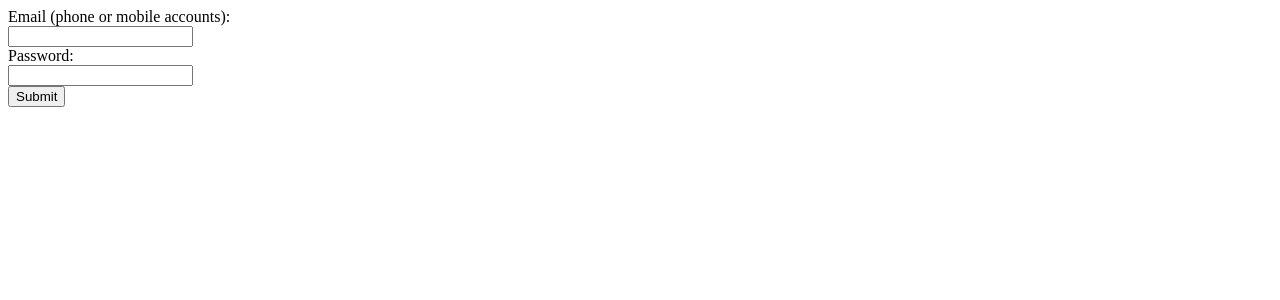
Repository: brittmarie333/replica
Page: index.html
These files come from the project's save history. The page is drawn as it stood at one moment and after a run of saves; the edit follows.
The browser window is 1280 px wide. The pictures show the whole page.

Above is the page before, as saved 2023-11-12 14:26:35.

After the next 5 saves:
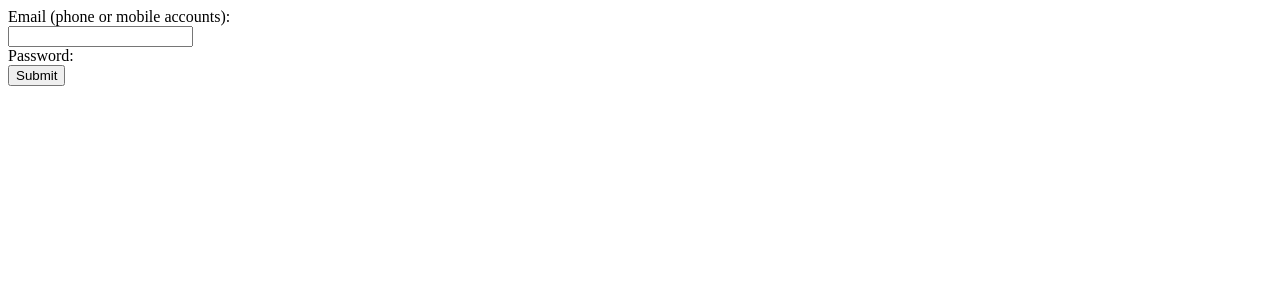
The 5 saves are shown as one change because they came seconds apart.
The last was saved 25 s later.
--- a/index.html
+++ b/index.html
@@ -9,7 +9,7 @@
     <form action="/data.php">
         <label for="username">Email (phone or mobile accounts):</label><br>
         <input type="text" id="fname" name="fname"><br>
-        <label for="pword">Password: <a href="http://www."</label><br>
+        <label for="pword">Password: <a href="forgot password></label><br>
         <input type="text" id="lname" name="lname" ><br>
         <input type="submit" value="Submit">
       </form>

After the 3 saves that followed:
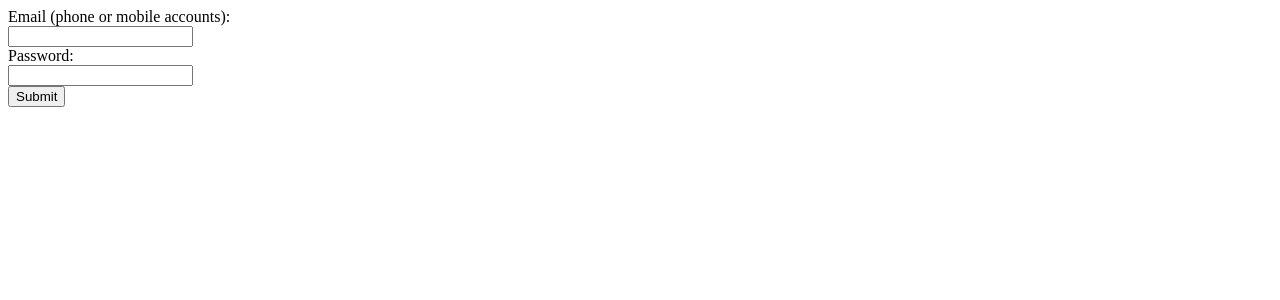
The 3 saves are shown as one change because 1 left the picture as it was and some came seconds apart.
The last was saved 10 s later.
--- a/index.html
+++ b/index.html
@@ -9,7 +9,7 @@
     <form action="/data.php">
         <label for="username">Email (phone or mobile accounts):</label><br>
         <input type="text" id="fname" name="fname"><br>
-        <label for="pword">Password: <a href="forgot password></label><br>
+        <label for="pword">Password: <a href="""> </label><br>
         <input type="text" id="lname" name="lname" ><br>
         <input type="submit" value="Submit">
       </form>
